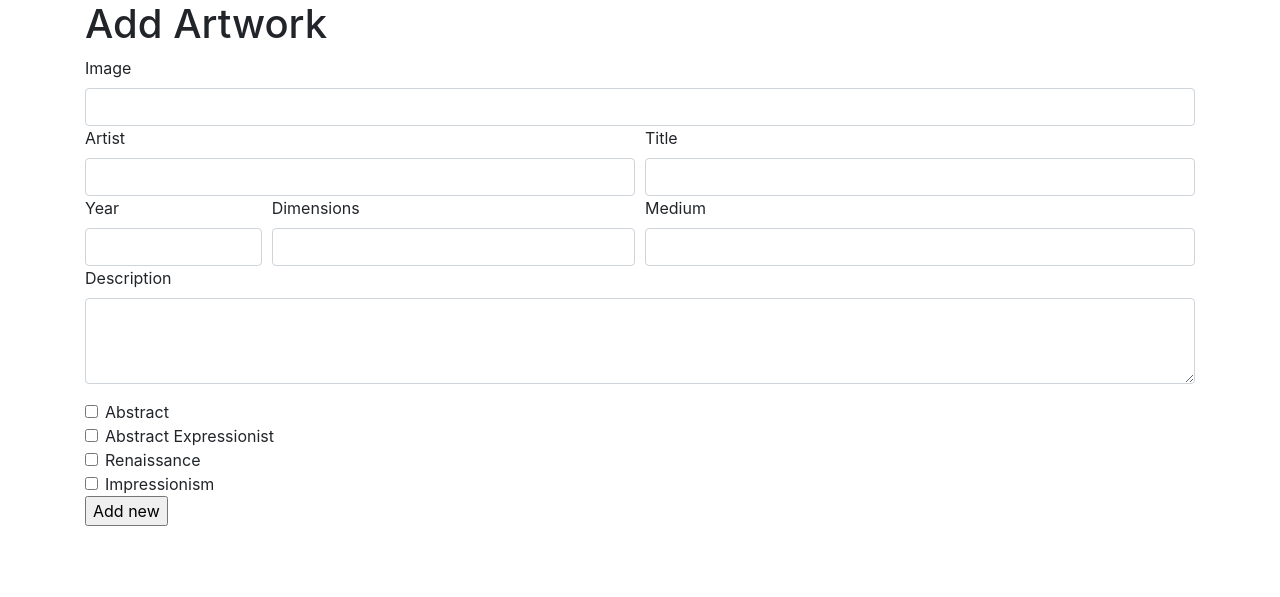
Repository: lynette-lyf/artwork-inventory
Page: http://localhost/add-artwork
The author's editor kept a record of every edit. The page is drawn from the files as they stood at one moment, then again after the next edit.
The browser window is 1280 px wide. The pictures show the whole page.
The page is served by the project's application, run on Flask 3 (app.py).

Above is the page before.

### templates/add_artwork.template.html
<!doctype html>
<html lang="en">
  <head>
    <!-- Required meta tags -->
    <meta charset="utf-8">
    <meta name="viewport" content="width=device-width, initial-scale=1, shrink-to-fit=no">

    <!-- Bootstrap CSS -->
    <link rel="stylesheet" href="https://stackpath.bootstrapcdn.com/bootstrap/4.3.1/css/bootstrap.min.css" integrity="sha384-ggOyR0iXCbMQv3Xipma34MD+dH/1fQ784/j6cY/iJTQUOhcWr7x9JvoRxT2MZw1T" crossorigin="anonymous">

    <title>Add Artwork</title>
  </head>
  <body>
    <div class='container'>
        <h1>Add Artwork</h1>
        <form class='form' method="POST">
          <div class='form-row'>
              <div class='col-12'>
                <label>Image</label>
                <input type='text' class='form-control' name='image'/>
            </div>
            <div class='col-6'>
                <label>Artist</label>
                <input type='text' class='form-control' name='artist'/>
            </div>
            <div class='col-6'>
                <label>Title</label>
                <input type='text' class='form-control' name='title'/>
            </div>
          </div>

          <div class='form-row'>
            <div class='col-2'>
                <label>Year</label>
                <input type='text' class='form-control' name='year'/>
            </div>
            <div class='col-4'>
                <label>Dimensions</label>
                <input type='text' class='form-control' name='dimensions'/>
            </div>
            <div class='col-6'>
                <label>Medium</label>
                <input type='text' class='form-control' name='medium'/>
            </div>
          </div>

            <div class='form-group'>
                <label>Description</label>
                <textarea class="form-control" rows="3" name='description'></textarea>
            </div>

            <!--Use checkboxes to allow user to select more than 1 type (translate to array)-->
            <div class="form-check">
              <input class="form-check-input" type="checkbox" value="Abstract" id="type" name="type">
              <label class="form-check-label" for="type">
                Abstract
              </label>
            </div>

            <div class="form-check">
              <input class="form-check-input" type="checkbox" value="Abstract Expressionist" id="type" name="type">
              <label class="form-check-label" for="type">
                Abstract Expressionist
              </label>
            </div>
            <div class="form-check">
              <input class="form-check-input" type="checkbox" value="Renaissance" id="type" name="type">
              <label class="form-check-label" for="type">
                Renaissance
              </label>
            </div>
            <div class="form-check">
              <input class="form-check-input" type="checkbox" value="Impressionism" id="type" name="type">
              <label class="form-check-label" for="type">
                Impressionism
              </label>
            </div>

            <input type="submit" value="Add new"/>
        </form>
    </div>

    <!-- Optional JavaScript -->
    <!-- jQuery first, then Popper.js, then Bootstrap JS -->
    <script src="https://code.jquery.com/jquery-3.3.1.slim.min.js" integrity="sha384-q8i/X+965DzO0rT7abK41JStQIAqVgRVzpbzo5smXKp4YfRvH+8abtTE1Pi6jizo" crossorigin="anonymous"></script>
    <script src="https://cdnjs.cloudflare.com/ajax/libs/popper.js/1.14.7/umd/popper.min.js" integrity="sha384-UO2eT0CpHqdSJQ6hJty5KVphtPhzWj9WO1clHTMGa3JDZwrnQq4sF86dIHNDz0W1" crossorigin="anonymous"></script>
    <script src="https://stackpath.bootstrapcdn.com/bootstrap/4.3.1/js/bootstrap.min.js" integrity="sha384-JjSmVgyd0p3pXB1rRibZUAYoIIy6OrQ6VrjIEaFf/nJGzIxFDsf4x0xIM+B07jRM" crossorigin="anonymous"></script>
  </body>
</html>

### app.py
from flask import Flask, render_template, request, redirect, url_for
import os

import pymongo

# 1. Retrieve the environment variables
# MONGO_URI = os.getenv('MONGO_URI')
# DATABASE_NAME = 'artworksAndConsigners'

MONGO_URI = "mongodb+srv://admin:pw@gallery-cwjwv.mongodb.net/test?retryWrites=true&w=majority"
DATABASE_NAME = "artworksAndConsigners"
conn = pymongo.MongoClient(MONGO_URI)

# 2. Create the connection
def get_connection():
    conn = pymongo.MongoClient(MONGO_URI)
    return conn

app = Flask(__name__)

@app.route('/')
def index():
    artworksAndConsigners = conn[DATABASE_NAME]['artworksAndConsigners'].find()
    return render_template('index.template.html', results=artworksAndConsigners)


@app.route('/add-artwork')
def show_add_artwork_form():
    return render_template('add_artwork.template.html')

@app.route('/add-artwork', methods=['POST'])
def process_add_artwork_form():
    image = request.form.get('image')
    artist = request.form['artist']
    title = request.form['title']
    year = request.form['year']
    dimensions = request.form['dimensions']
    medium = request.form['medium']
    description = request.form['description']

    type = request.form['type']

    conn = get_connection()
    conn[DATABASE_NAME]['artworksAndConsigners'].insert({
        "image" : image,
        "artist" : artist,
        "title" : title,
        "year" : year,
        "dimensions" : dimensions,
        "medium" : medium,
        "description" : description,

        "type" : type
    })

    # redirect back to root url
    return redirect("/")



# "magic code" -- boilerplate
if __name__ == '__main__':
    app.run(host=os.environ.get('IP'),
    port=int(os.environ.get('PORT')),
    debug=True)

After the next edit:
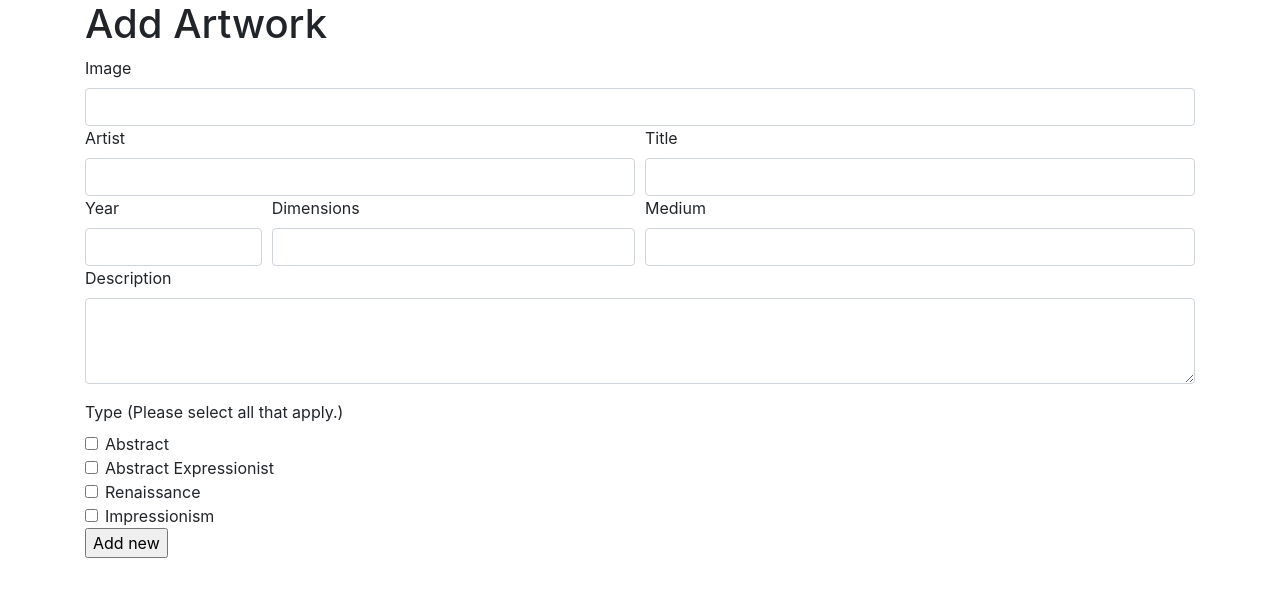
The edit:
--- a/templates/add_artwork.template.html
+++ b/templates/add_artwork.template.html
@@ -50,6 +50,9 @@
             </div>
 
             <!--Use checkboxes to allow user to select more than 1 type (translate to array)-->
+
+            <label>Type (Please select all that apply.)</label>
+
             <div class="form-check">
               <input class="form-check-input" type="checkbox" value="Abstract" id="type" name="type">
               <label class="form-check-label" for="type">
